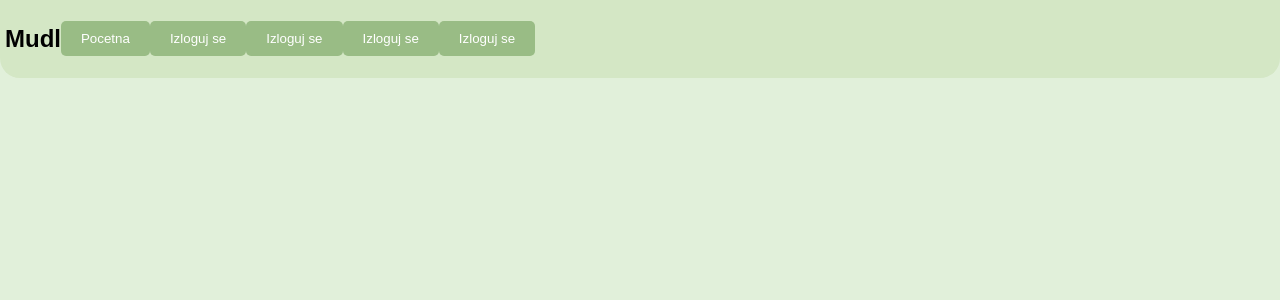
Repository: MarkoKillin/RazvojInformacionihSistemaProjekat
Page: http://localhost/MudlWeb/headers/admin_header.jsp
These files come from the project's save history. The page is drawn as it stood at one moment and after the next save; the edit follows.
The browser window is 1280 px wide. The pictures show the whole page.
The page is served by Tomcat 10.

Above is the page before, as saved 2024-01-28 17:39:25.

After the next save:
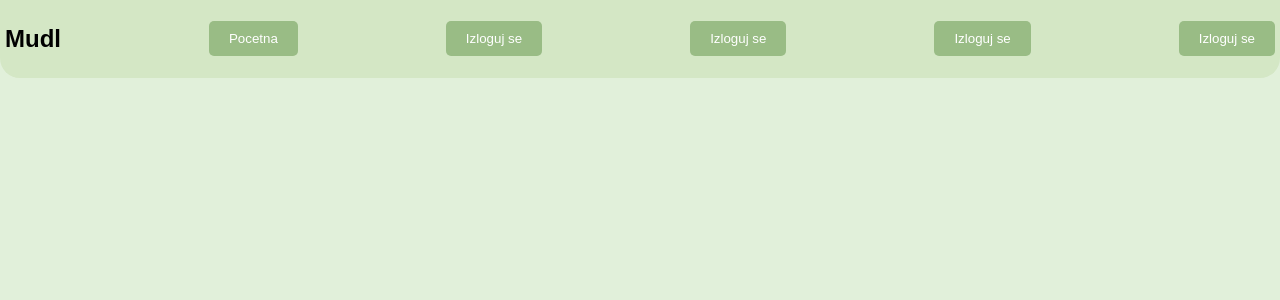
Saved 60 s later.
--- a/MudlWeb/src/main/webapp/css/styles.css
+++ b/MudlWeb/src/main/webapp/css/styles.css
@@ -20,6 +20,8 @@
 	padding: 5px;
 	display: flex;
 	align-items: center;
+	flex-direction: row;
+	justify-content: space-between;
 	border-bottom-left-radius: 20px;
 	border-bottom-right-radius: 20px;
 }

After the 3 saves that followed:
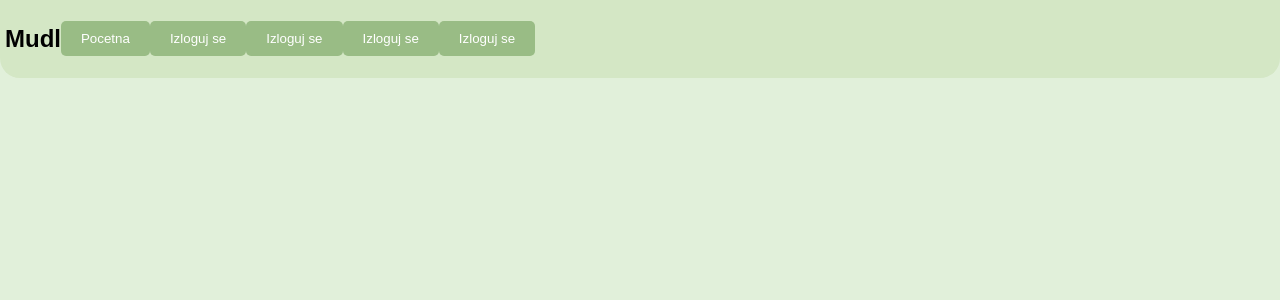
The 3 saves are shown as one change because 2 left the picture as it was.
The last was saved 21 s later.
--- a/MudlWeb/src/main/webapp/css/styles.css
+++ b/MudlWeb/src/main/webapp/css/styles.css
@@ -19,13 +19,16 @@
 	background-color: var(--secondary-color);
 	padding: 5px;
 	display: flex;
+	flex-direction: row;
 	align-items: center;
-	flex-direction: row;
-	justify-content: space-between;
 	border-bottom-left-radius: 20px;
 	border-bottom-right-radius: 20px;
 }
 
+header nav {
+        display: flex;
+        flex-direction: row-reverse;
+    }
 
 footer {
 	background-color: var(--secondary-color);
